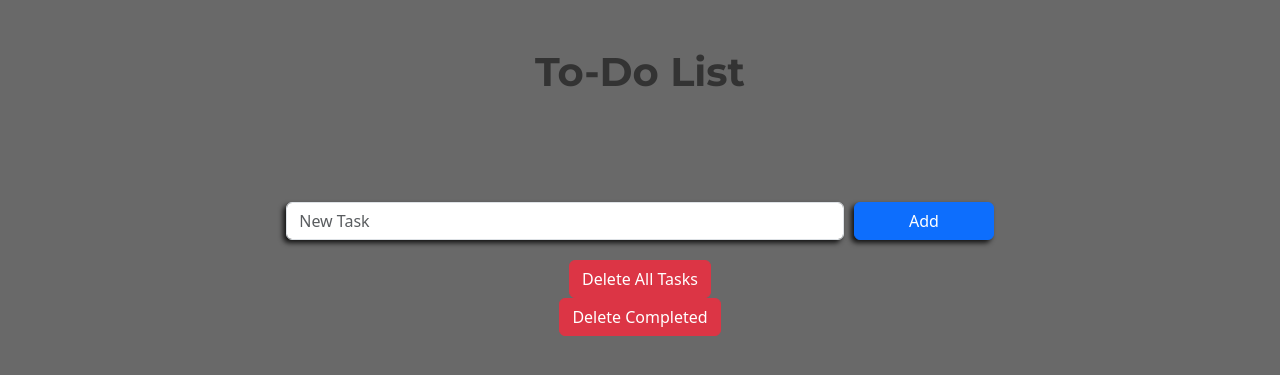
Repository: PituMia/TODO-List
Page: /
An editor plug-in stored every save of this project. The page is shown before and after the next save, followed by the edit.
The browser window is 1280 px wide. The pictures show the whole page.
The project was rebuilt for these pictures with package versions that can differ from the ones it lists, and the page was loaded fresh each time. Also part of the build but not shown: vite.config.js, src/assets/css/App.css, src/assets/css/Task.css, src/assets/components/Task.jsx.

Above is the page before, as saved 2025-02-01 15:45:54.

After the next save:
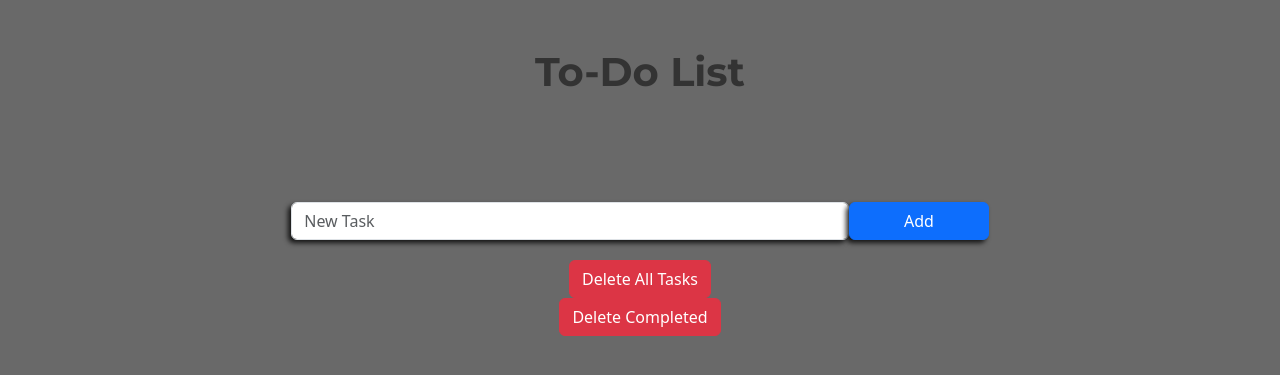
Saved 94 s later.
--- a/src/assets/css/TaskInput.css
+++ b/src/assets/css/TaskInput.css
@@ -1,8 +1,10 @@
-.input {
-    display: flex;
-    gap: 10px;
-
-
+input {
+    background-color: #f5f5f5; /* Cambia el fondo dentro del input */
+    color: #333; /* Color del texto dentro del input */
+    border: 1px solid #cccccc; /* Borde sutil */
+    padding: 0.5rem;
+    border-radius: 5px;
+    width: 100%;
 }
 
 .input input,
